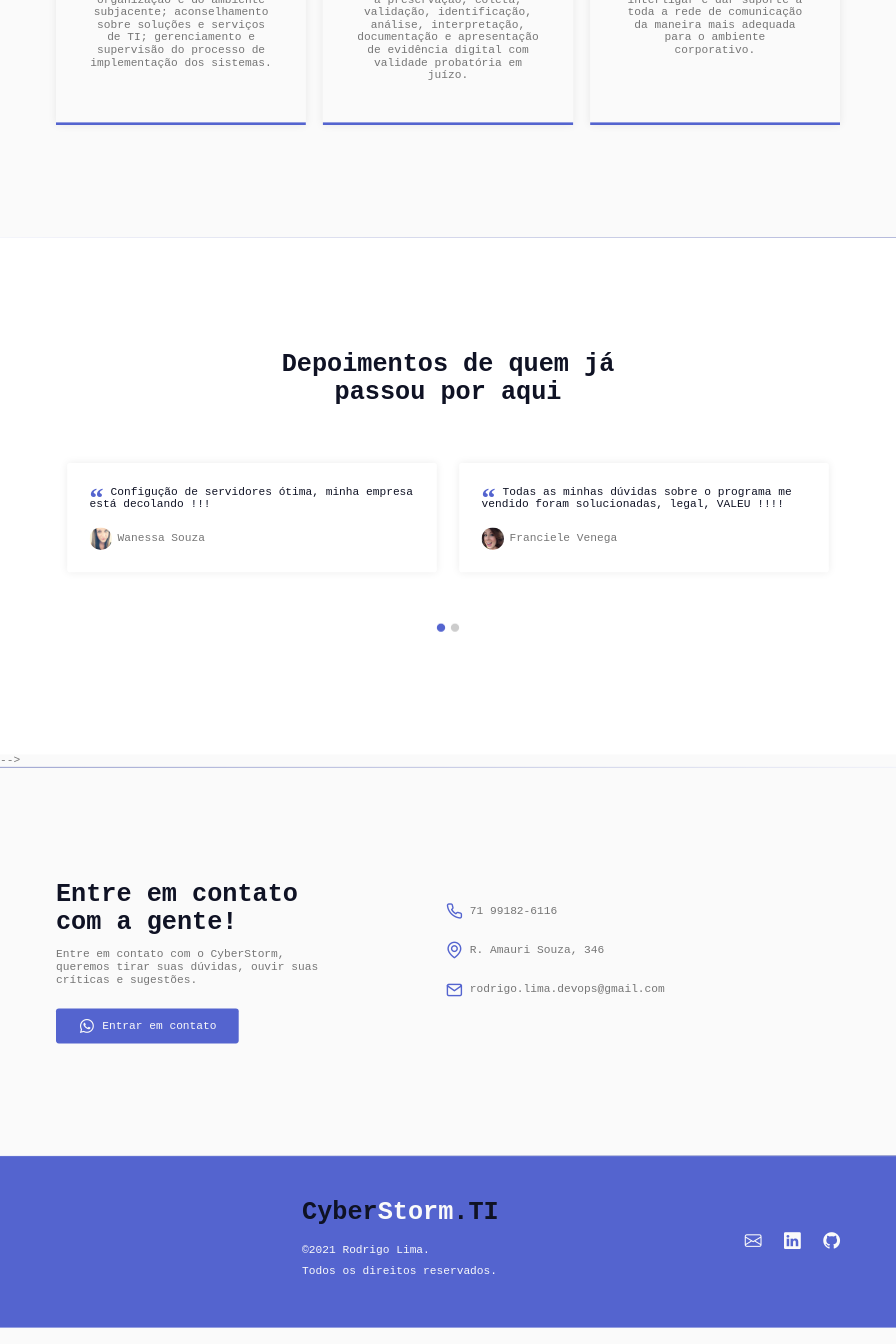
Repository: optydeviocourses/CstiRoot
Page: index.html
These files come from the project's save history. The page is drawn as it stood at one moment and after the next save; the edit follows.
The browser window is 1280 px wide. The pictures show the part of the page from y = 2032 to 3952 px (the page is 3952 px tall before and 3210 px after), at 70% of full size.
A picture or video elsewhere on the page could not be fetched, so the positions and the page height are approximate. Some web fonts or font styles are not loaded; a fallback is used.

Above is the page before, as saved 2021-07-23 14:35:50.

After the next save:
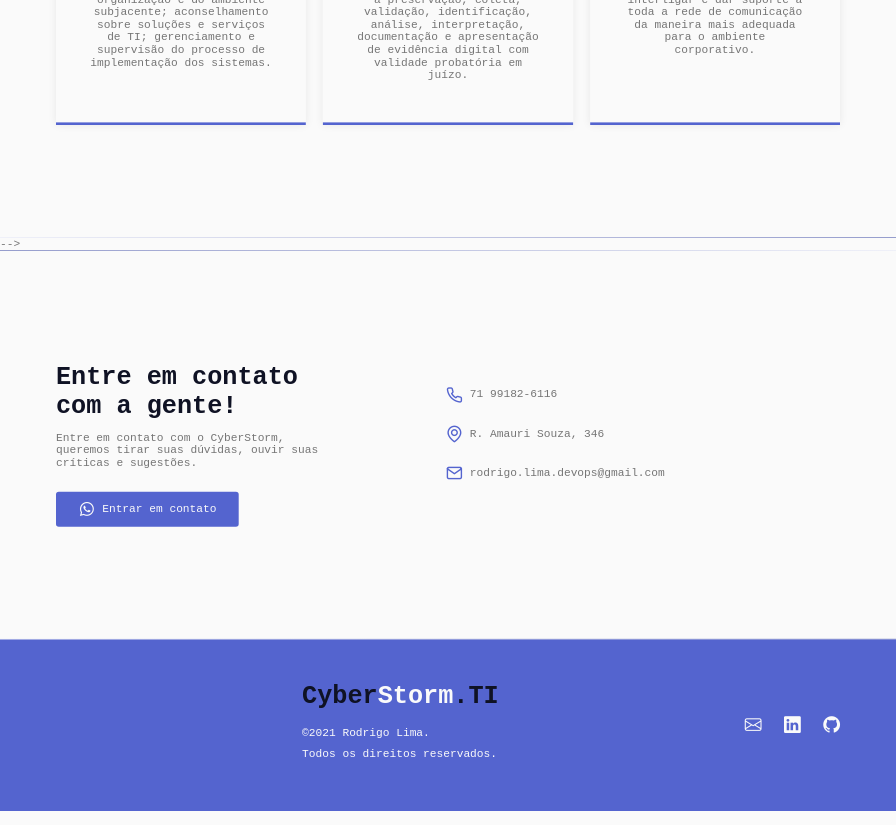
Saved 4 s later.
--- a/index.html
+++ b/index.html
@@ -142,7 +142,7 @@
       <div class="divider-1"></div>
 
       <!-- TESTIMONIALS -->
-     <!----> <section class="section" id="testimonials">
+     <!-- <section class="section" id="testimonials">
         <div class="container">
           <header>
             <h2 class="title">Depoimentos de quem já passou por aqui</h2>
